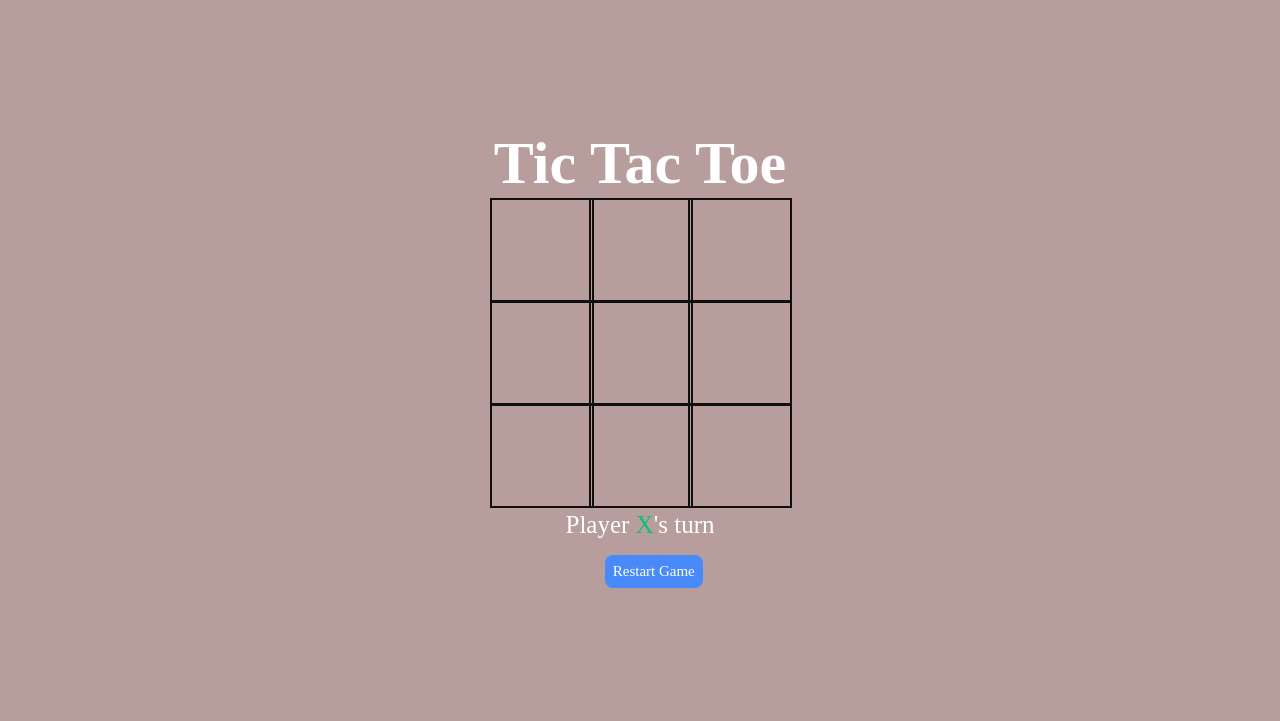
Repository: sedashahnazaryan/tic-tac-too
Page: index.html
The author's editor kept a copy of each file at every save. The page is drawn from the files as they stood at one save, then again after the next save.
The browser window is 1280 px wide. The pictures show the whole page.

Above is the page before, as saved 2022-02-01 01:33:51.

### index.html
<!DOCTYPE html>
<html lang="en">
  <head>
    <meta charset="UTF-8" />
    <meta http-equiv="X-UA-Compatible" content="IE=edge" />
    <meta name="viewport" content="width=device-width, initial-scale=1.0" />
    <link rel="stylesheet" href="./index.css" />
    <title>Tic-Tac-Toe</title>
  </head>
  <main class="background">
    <section class="title">
        <h1>Tic Tac Toe</h1>
    </section>

    <section class="container">
        <div class="tile"></div>
        <div class="tile"></div>
        <div class="tile"></div>
        <div class="tile"></div>
        <div class="tile"></div>
        <div class="tile"></div>
        <div class="tile"></div>
        <div class="tile"></div>
        <div class="tile"></div>
    </section>
    <section class="display">
        Player <span class="display-player playerX">X</span>'s turn
    </section>
    <section class="display announcer hide"></section>
    <section class="controls">
        <button id="restart">Restart Game</button>
    </section>
</main>
  <body>
    <script src="index.js"></script>
  </body>
</html>

### index.css
* {
    padding: 0;
    margin: 0;
    font-family: 'Itim', cursive;
}
.background{
    background-color: #b89d9d;
    height: 100vh;
    padding-top: 1px;
}
.title{
    height: ;
    color: white;
    text-align: center;
    font-size: 40px;
    margin-top: 10%;
}
.display
{
    color:white;
    font-size: 25px;
    text-align: center;
    margin-top: 1px;
    margin-bottom: 1pc;
}
.hide{
    display: none;
}
.container {
    margin: 0 auto;
    display: grid;
    grid-template-columns: 33% 33% 33%;
    grid-template-rows: 33% 33% 33%;
    max-width: 300px;
}
.tile {
    border: 2px solid rgb(15, 15, 15);
    min-width: 100px;
    min-height: 100px;
    display: flex;
    justify-content: center;
    align-items: center;
    font-size: 50px;
    cursor: pointer;
}
.playerX {
    color: #09C372;
}

.playerO {
    color: #498AFB;
}
.contrtols{
    display: flex;
    flex-direction: row;
    justify-content:center;
    align-items: center;
    margin-top: 1cm;
}
#restart{
    background-color: #498AFB;
    color: white;
    padding: 8px;
    border-radius: 8px;
    border: none;
    font-size: 15px;
    margin-left: 16cm;
    cursor: pointer;

}

### index.js
window.addEventListener('DOMContentLoaded', () => {
    const tiles = Array.from(document.querySelectorAll('.tile'));
const playerDisplay = document.querySelector('.display-player');
const restartButton = document.querySelector('#restart');
const announcer = document.querySelector('.announcer');

let board = ['', '', '', '', '', '', '', '', ''];
let currentPlayer = 'X';
let isGameActive = true;

const PLAYERX_WON = 'PLAYERX_WON';
const PLAYERO_WON = 'PLAYERO_WON';
const TIE = 'TIE';

const winningConditions = [
    [0, 1, 2],
    [3, 4, 5],
    [6, 7, 8],
    [0, 3, 6],
    [1, 4, 7],
    [2, 5, 8],
    [0, 4, 8],
    [2, 4, 6]
 ];
 function handleResultValidation() {
    let roundWon = false;
    for (let i = 0; i <= 7; i++) {
      const winCondition = winningConditions[i];
      const a = board[winCondition[0]];
      const b = board[winCondition[1]];
      const c = board[winCondition[2]];
      if (a === "" || b === "" || c === "") {
        continue;
      }
      if (a === b && b === c) {
        roundWon = true;
        break;
      }
    }

    if (roundWon) {
      announce(currentPlayer === "X" ? PLAYERX_WON : PLAYERO_WON);
      isGameActive = false;
      return;
    }

    if (!board.includes(""))
    announce(TIE);
  }
 const announce = (type) => {
    switch(type){
       case PLAYERO_WON:
            announcer.innerHTML = 'Player <span class="playerO">O</span> Won';
            break;
       case PLAYERX_WON:
            announcer.innerHTML = 'Player <span class="playerX">X</span> Won';
            break;
       case TIE:
            announcer.innerText = 'Tie';
        }
    announcer.classList.remove('hide');
};
const isValidAction = (tile) => {
    if (tile.innerText === 'X' || tile.innerText === 'O'){
        return false;
    }

    return true;
};
const updateBoard =  (index) => {
    board[index] = currentPlayer;
 }
 const changePlayer = () => {
    playerDisplay.classList.remove(`player${currentPlayer}`);
    currentPlayer = currentPlayer === 'X' ? 'O' : 'X';
    playerDisplay.innerText = currentPlayer;
    playerDisplay.classList.add(`player${currentPlayer}`);
}
 const userAction = (tile, index) => {
    if (isValidAction(tile) && isGameActive) {
      tile.innerText = currentPlayer;
      tile.classList.add(`player${currentPlayer}`);
      updateBoard(index);
      handleResultValidation();
      changePlayer();
    }
  };
  const restartBoard = () => {
    board = ['', '', '', '', '', '', '', '', ''];
    isGameActive = true;
    announcer.classList.add('hide');

    if (currentPlayer === 'O') {
        changePlayer();
    }

    tiles.forEach(tile => {
        tile.innerText = '';
        tile.classList.remove('playerX');
        tile.classList.remove('playerO');
    });
}
 tiles.forEach( (tile, index) => {
    tile.addEventListener('click', () => userAction(tile, index));
});
    restartButton.addEventListener('click', restartBoard);

  });



// let board =[
//     ["-","-","-"],
//     ["-","-","-"],
//     ["-","-","-"]
// ];
// let boardStr =board[0].join(" ")+
// "\n"+
// board[1].join(" ")+
// "\n"+
// board[2].join(" ");

After the next save:
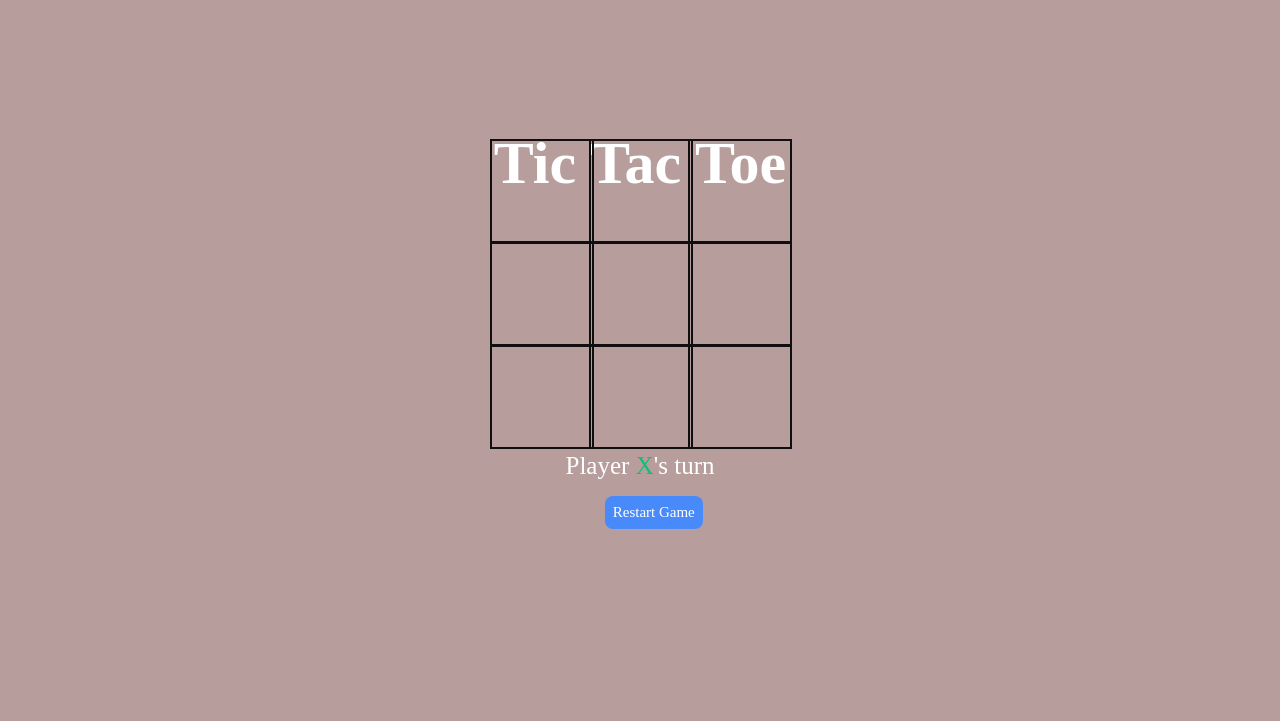
Saved 5 s later.
--- a/index.css
+++ b/index.css
@@ -9,7 +9,7 @@
     padding-top: 1px;
 }
 .title{
-    height: ;
+    height: 10px;
     color: white;
     text-align: center;
     font-size: 40px;

After the 3 saves that followed:
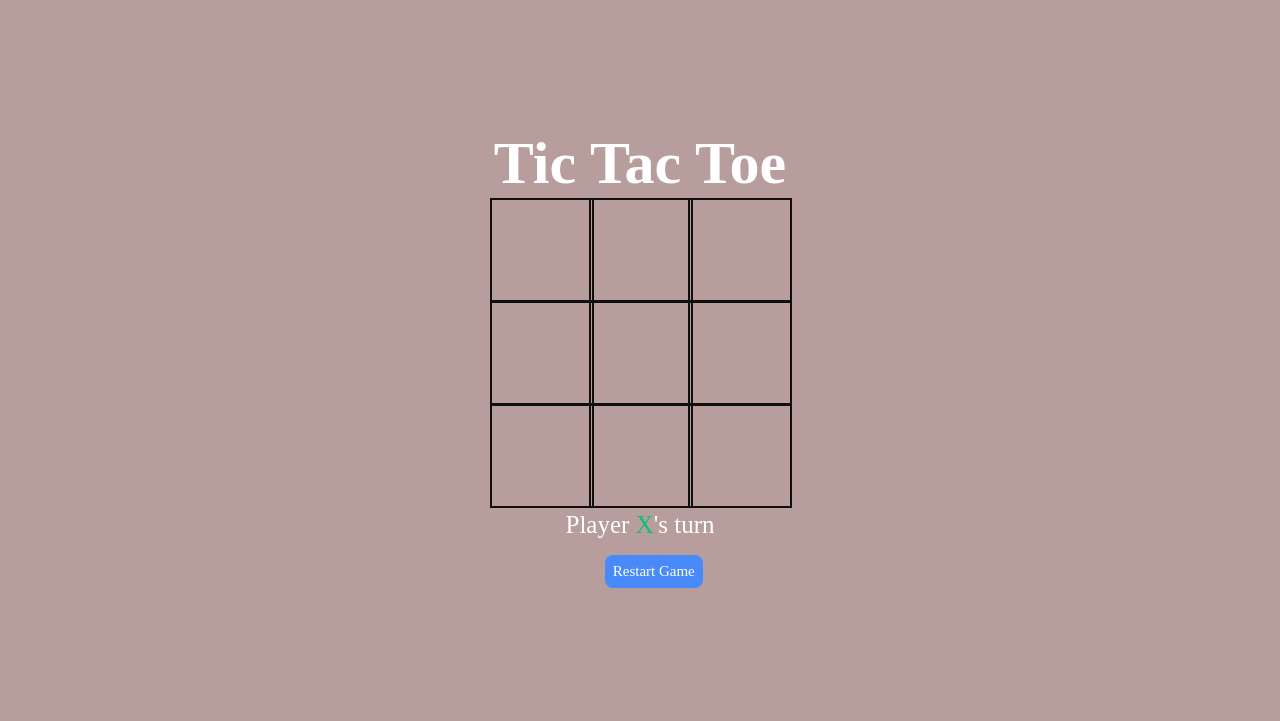
The 3 saves are shown as one change because they came seconds apart.
The last was saved 9 s later.
--- a/index.css
+++ b/index.css
@@ -9,7 +9,7 @@
     padding-top: 1px;
 }
 .title{
-    height: 10px;
+
     color: white;
     text-align: center;
     font-size: 40px;
